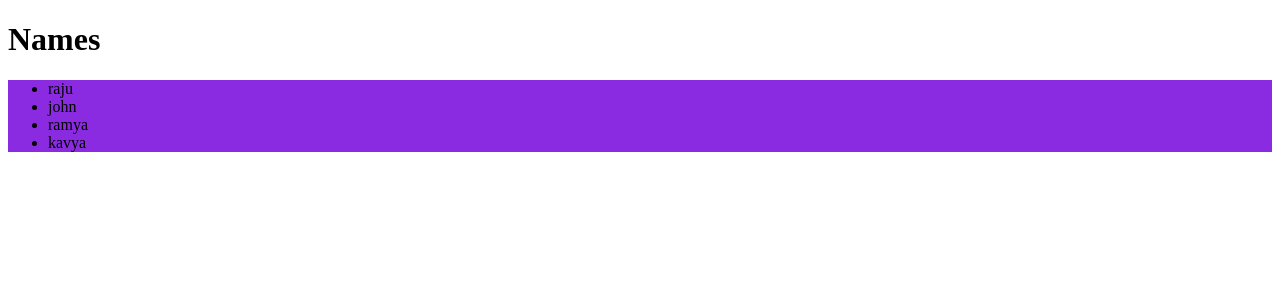
Repository: navyasureshkodenkiri/phpprojectgh-
Page: http://localhost/names.php
The author's editor kept a copy of each file at every save. The page is drawn from the files as they stood at one save, then again after a run of saves.
The browser window is 1280 px wide. The pictures show the whole page.
The page is run by PHP 8.4 with error messages shown; the project is at /var/www/html/.

Above is the page before, as saved 2022-12-14 12:45:10.

### names.php
<?php
$names=['raju','john', 'ramya', 'kavya'];
?>


<!DOCTYPE html>
<html lang="en">
<head>
    <meta charset="UTF-8">
    <meta http-equiv="X-UA-Compatible" content="IE=edge">
    <meta name="viewport" content="width=device-width, initial-scale=1.0">
    <title>Document</title>
    <style>
        .some-names{
            background-color: peru;
            color: white;
        }
        .more-names{
            background-color: blueviolet;
        }
    </style>
   </head>
   <body class="">
    <h1>Names</h1>
    <ul class="<?= count($names)> 3 ? 'more-names' : 'some-names' ?>">
        <?php foreach($names as $name){?>
            <li><?=$name ?></li>
            <?php }  ?>


    </ul>


</body>
</html>

After the next 5 saves:
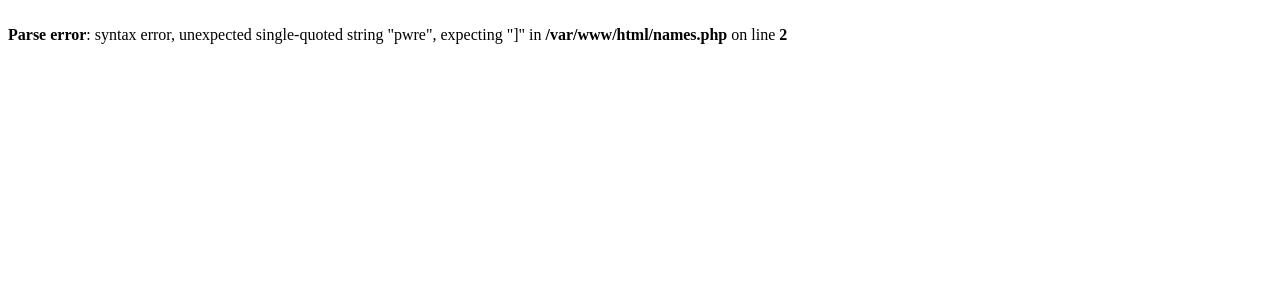
The 5 saves are shown as one change because they came seconds apart.
The last was saved 14 min 41 s later.
--- a/names.php
+++ b/names.php
@@ -1,5 +1,5 @@
 <?php
-$names=['raju','john', 'ramya', 'kavya'];
+$names=['raju','john', 'ramya', 'kavya''pwre'];
 ?>
 
 
